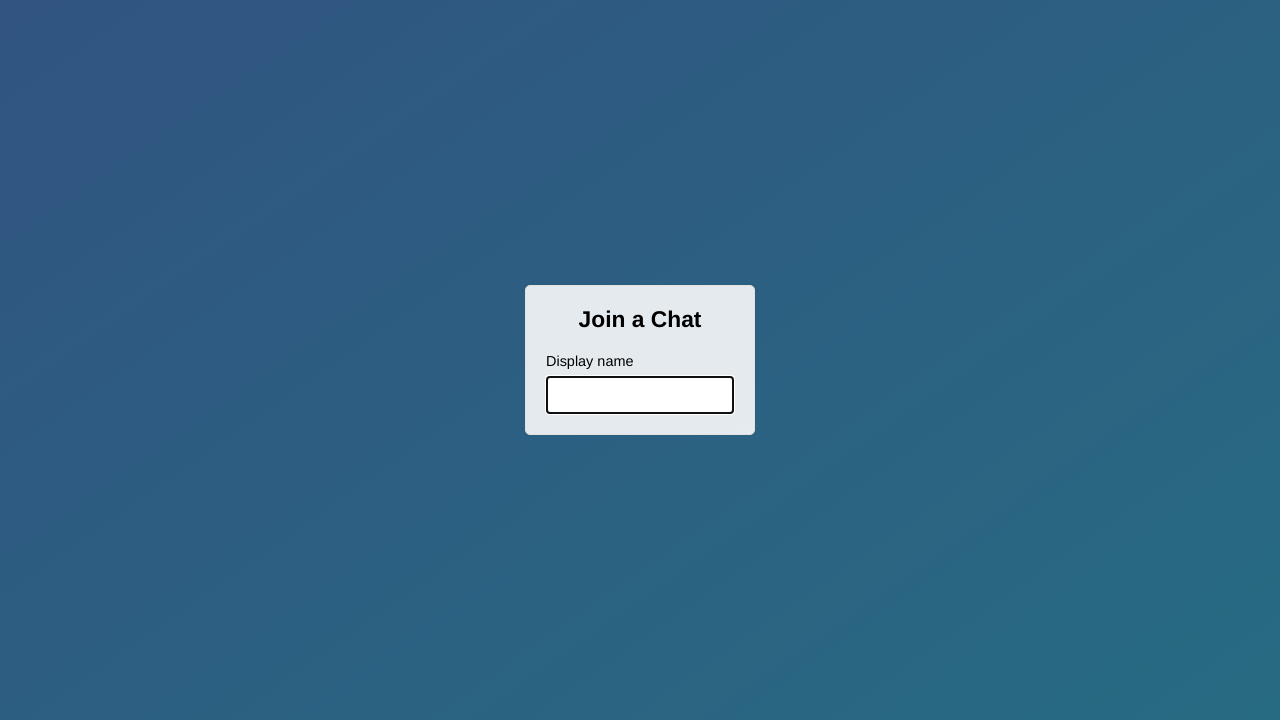
Repository: Isanderr/Node_Chat_App
Page: public/index.html
These files come from the project's save history. The page is drawn as it stood at one moment and after the next save; the edit follows.
The browser window is 1280 px wide. The pictures show the whole page.

Above is the page before, as saved 2019-01-24 21:27:35.

### public/index.html
<!DOCTYPE html>
<html lang="en">

    <head>
        <meta charset="UTF-8">
        <meta name="viewport" content="width=device-width, initial-scale=1.0, user-scalable=no">
        <meta http-equiv="X-UA-Compatible" content="ie=edge">
        <link rel="stylesheet" href="css/styles.css">
        <title>Login | Page</title>
    </head>

    <body class="centered-form">
        <div class="centered-form__form">
            <form action="chat.html">
                <div class="form-field">
                    <h3>Join a Chat</h3>
                </div>
                <div class="form-field">
                    <label>Display name</label>
                    <input type="text" name="name" autofocus>
                </div>
                <div class="form-field"></div>
                <div class="form-field"></div>
            </form>
        </div>
    </body>

</html>

### public/css/styles.css
* {
    box-sizing: border-box;
    margin: 0;
    padding: 0;
    font-family: "HelveticaNeue-Light", "Helvetica Neue Light", "Helvetica Neue", Helvetica, Arial, "Lucida Grande", sans-serif;
    font-weight: 300;
    font-size: .95rem;
  }

  ul, li {
    list-style-position: inside;
  }

  h3 {
    font-weight: 600;
    text-align: center;
    font-size: 1.5rem;
  }

  button {
    border: none;
    background: #265f82;
    color: white;
    cursor: pointer;
    padding: 10px;
    transition: background .3s ease;
  }

  button:hover {
    border: none;
    background: #1F4C69;
    color: white;
    padding: 10px;
  }

  button:disabled {
    cursor: default;
    background: #698ea5;
  }

  .centered-form {
    display: flex;
    align-items: center;
    height: 100vh;
    width: 100vw;
    justify-content: center;
    background: -moz-linear-gradient(125deg, rgba(39,107,130,1) 0%, rgba(49,84,129,1) 100%); /* ff3.6+ */
    background: -webkit-gradient(linear, left top, right bottom, color-stop(0%, rgba(49,84,129,1)), color-stop(100%, rgba(39,107,130,1))); /* safari4+,chrome */
    background: -webkit-linear-gradient(125deg, rgba(39,107,130,1) 0%, rgba(49,84,129,1) 100%); /* safari5.1+,chrome10+ */
    background: -o-linear-gradient(125deg, rgba(39,107,130,1) 0%, rgba(49,84,129,1) 100%); /* opera 11.10+ */
    background: -ms-linear-gradient(125deg, rgba(39,107,130,1) 0%, rgba(49,84,129,1) 100%); /* ie10+ */
    background: linear-gradient(325deg, rgba(39,107,130,1) 0%, rgba(49,84,129,1) 100%); /* w3c */
  }

  .centered-form__form {
    background: rgba(250, 250, 250, 0.9);
    border: 1px solid #e1e1e1;
    border-radius: 5px;
    padding: 0px 20px;
    margin: 20px;
    width: 230px;
  }

  .form-field {
    margin: 20px 0;
  }

  .form-field > * {
    width: 100%;
  }

  .form-field label {
    display: block;
    margin-bottom: 7px;
  }

  .form-field input, .form-field select {
    border: 1px solid #e1e1e1;
    padding: 10px;
  }

  .chat {
    display: flex;
  }

  .chat__sidebar {
    overflow-y: scroll;
    width: 260px;
    height: 100vh;
    background: -moz-linear-gradient(125deg, rgba(39,107,130,1) 0%, rgba(49,84,129,1) 100%); /* ff3.6+ */
    background: -webkit-gradient(linear, left top, right bottom, color-stop(0%, rgba(49,84,129,1)), color-stop(100%, rgba(39,107,130,1))); /* safari4+,chrome */
    background: -webkit-linear-gradient(125deg, rgba(39,107,130,1) 0%, rgba(49,84,129,1) 100%); /* safari5.1+,chrome10+ */
    background: -o-linear-gradient(125deg, rgba(39,107,130,1) 0%, rgba(49,84,129,1) 100%); /* opera 11.10+ */
    background: -ms-linear-gradient(125deg, rgba(39,107,130,1) 0%, rgba(49,84,129,1) 100%); /* ie10+ */
    background: linear-gradient(325deg, rgba(39,107,130,1) 0%, rgba(49,84,129,1) 100%); /* w3c */
  }

  .chat__sidebar h3 {
    color: #e6eaee;
    margin: 10px 20px;
    text-align: left;
  }

  .chat__sidebar ul {
    list-style-type: none;
  }

  .chat__sidebar li {
    background: #e6eaee;
    border: 1px solid #e1e1e1;
    border-radius: 5px;
    padding: 10px;
    margin: 10px;
  }

  .chat__main {
    display: flex;
    flex-direction: column;
    height: 100vh;
    width: 100%;
  }

  .chat__messages {
    flex-grow: 1;
    overflow-y: scroll;
    -webkit-overflow-scrolling: touch;
  }

  .chat__footer {
    background: #e6eaee;
    display: flex;
    padding: 10px;
    /*height: 60px;*/
    flex-shrink: 0;
  }

  .chat__footer form {
    flex-grow: 1;
    display: flex;
  }

  .chat__footer form * {
    margin-right: 10px;
  }

  .chat__footer input {
    border: none;
    padding: 10px;
    flex-grow: 1;
  }

  .chat__messages {
    list-style-type: none;
    padding: 10px;
  }

  .message {
    padding: 10px;
  }

  .message__title {
    display: flex;
    margin-bottom: 5px;
  }

  .message__title h4 {
    font-weight: 600;
    margin-right: 10px;
  }

  .message__title span {
    color: #999;
  }

  @media (max-width: 600px) {
    * {
      font-size: 1rem;
    }

    .chat__sidebar {
      display: none;
    }

    .chat__footer {
      flex-direction: column;
    }

    .chat__footer form {
      margin-bottom: 10px;
    }

    .chat__footer button {
      margin-right: 0px;
    }
  }

After the next save:
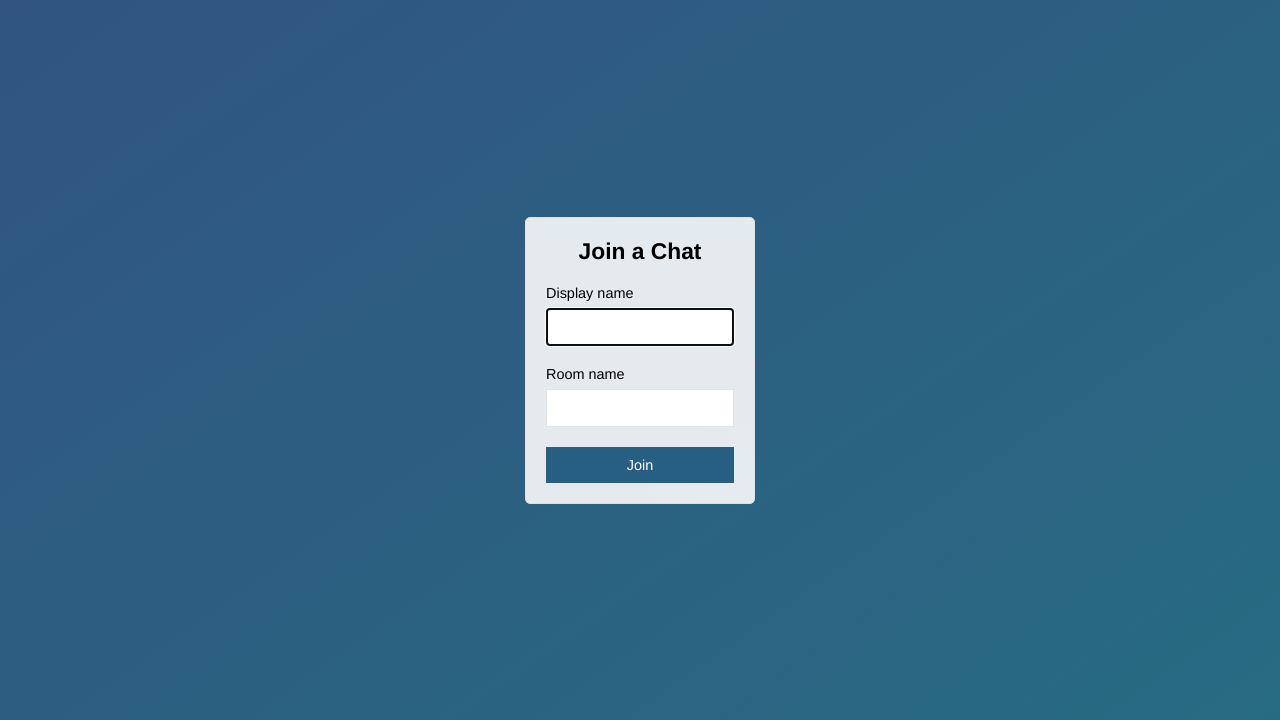
Saved 60 s later.
--- a/public/index.html
+++ b/public/index.html
@@ -19,8 +19,13 @@
                     <label>Display name</label>
                     <input type="text" name="name" autofocus>
                 </div>
-                <div class="form-field"></div>
-                <div class="form-field"></div>
+                <div class="form-field">
+                    <label>Room name</label>
+                    <input type="text" name="room">
+                </div>
+                <div class="form-field">
+                    <button>Join</button>
+                </div>
             </form>
         </div>
     </body>
